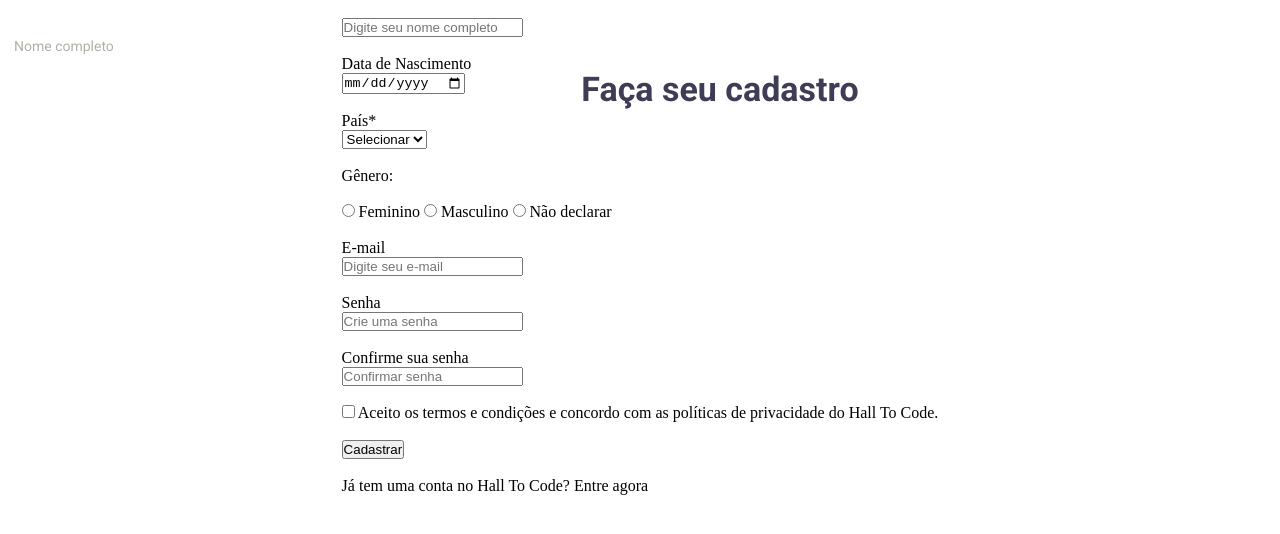
Repository: RenatoCCS/formularios
Page: cadastro.html
These files come from the project's save history. The page is drawn as it stood at one moment and after the next save; the edit follows.
The browser window is 1280 px wide. The pictures show the whole page.

Above is the page before, as saved 2023-03-21 20:28:14.

After the next save:
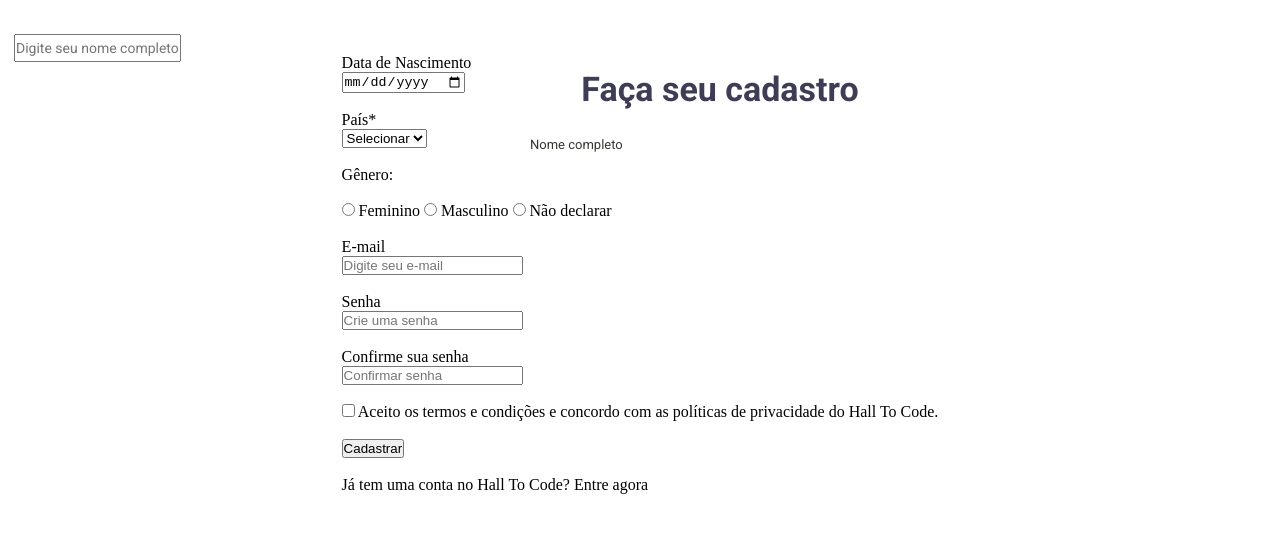
Saved 56 s later.
--- a/style.css
+++ b/style.css
@@ -47,7 +47,7 @@
   line-height: 24px;
 }
 
-.cadastro__Titulo__Nome {
+.cadastro__Nome {
   position: absolute;
   width: 163px;
   height: 24px;
